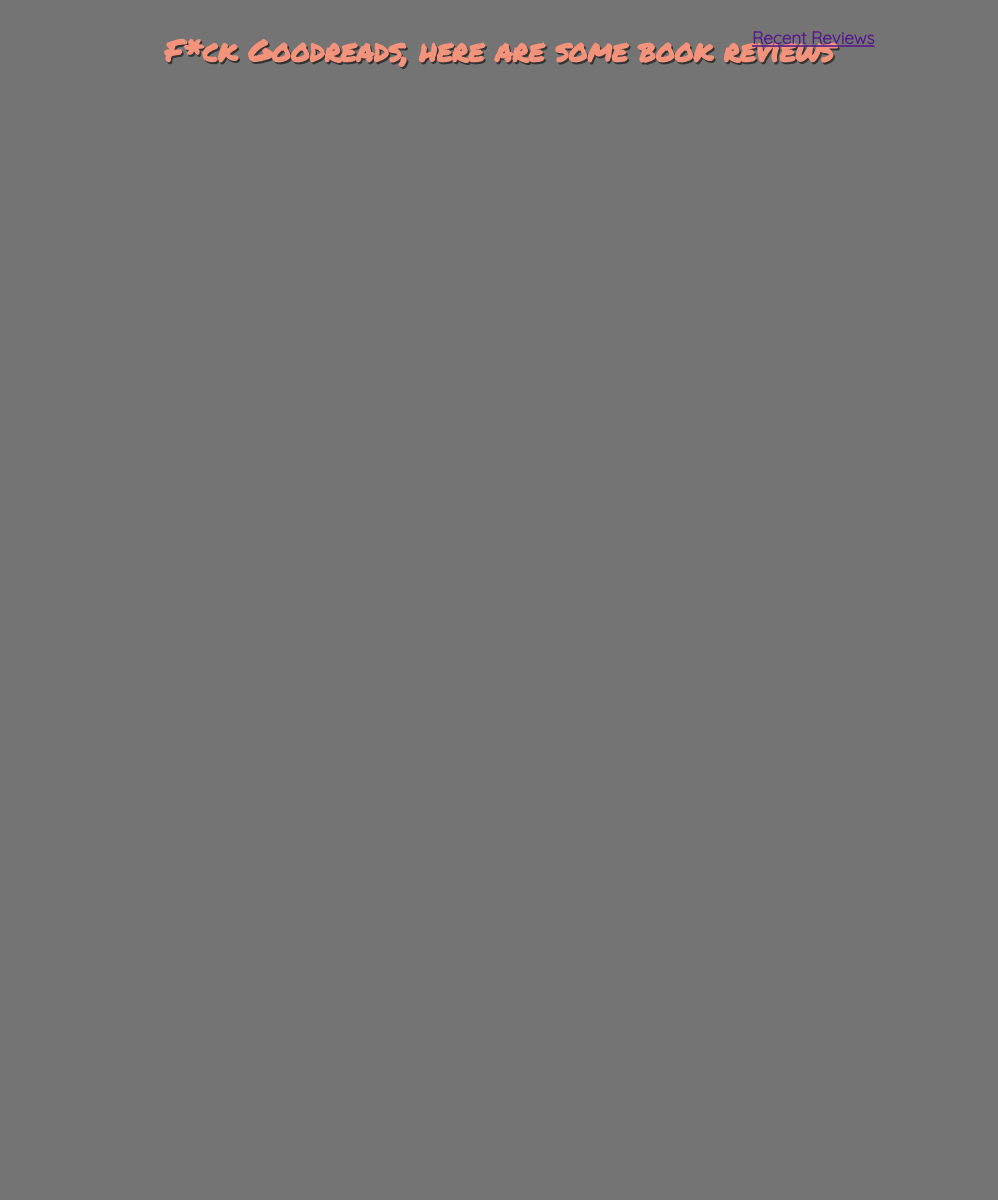
Repository: emnharris/FreeCodeCampChallenges
Page: responsive-web-design/book-reviews/books.html
An editor plug-in stored every save of this project. The page is shown before and after the next save, followed by the edit.
The browser window is 1280 px wide. The pictures show the whole page, at 78% of full size.

Above is the page before, as saved 2020-04-18 13:28:41.

After the next save:
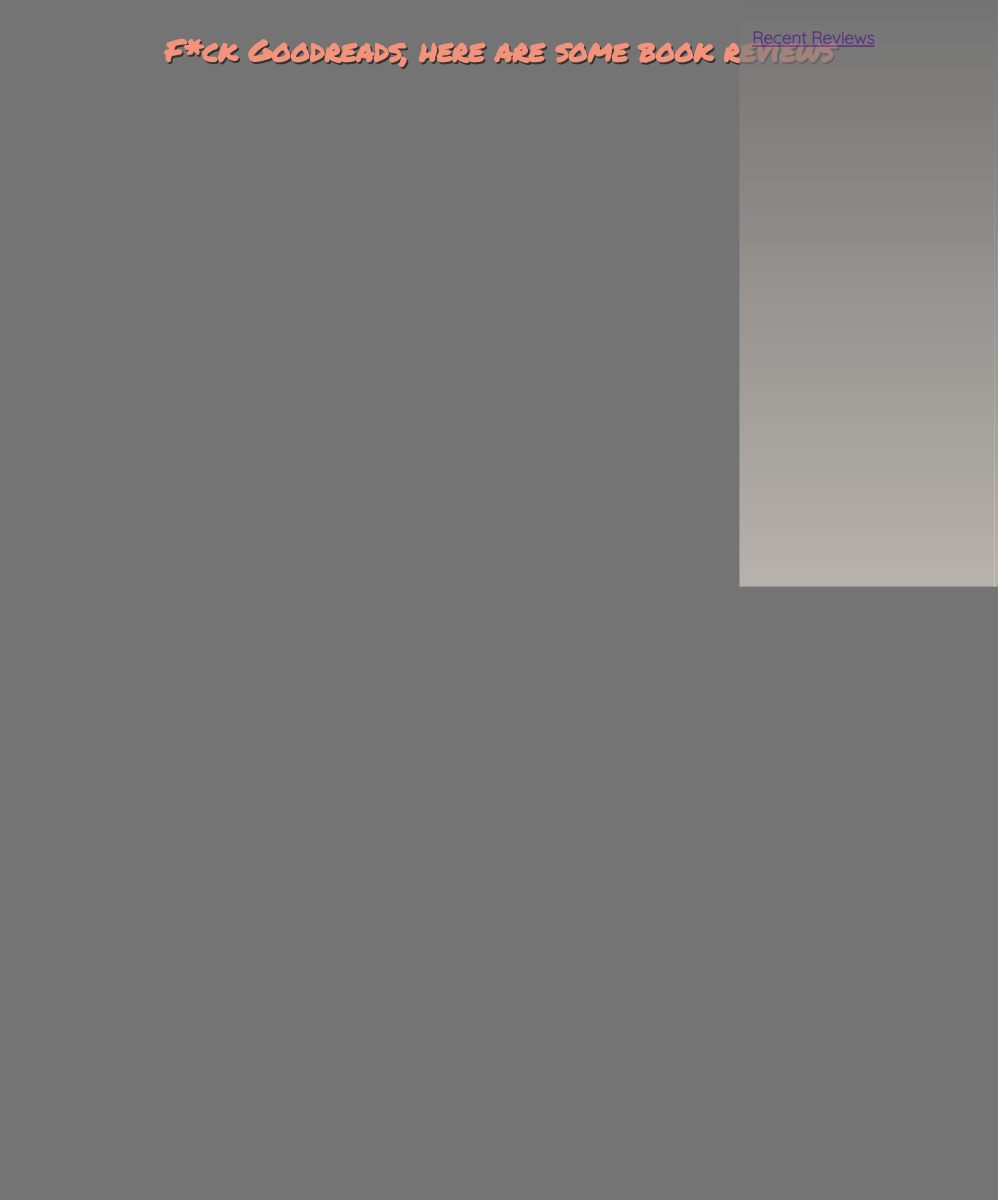
Saved 21 s later.
--- a/responsive-web-design/book-reviews/books.css
+++ b/responsive-web-design/book-reviews/books.css
@@ -24,7 +24,8 @@
 
 }
 .sidenav {
-    background: radial-gradient(180deg,rgb(116, 116, 116),rgb(212, 204, 196));
+    background: linear-gradient(180deg,rgb(116, 116, 116),rgb(212, 204, 196));
+    opacity: 0.7;
     position: fixed;
     height: 100%;
     right: 0;
